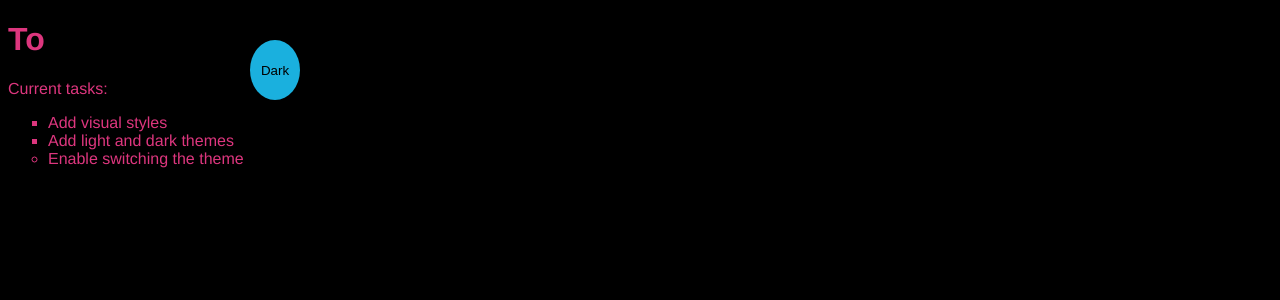
Repository: MaggieMengXingchen/Class-4
Page: index.html
An editor plug-in stored every save of this project. The page is shown before and after the next save, followed by the edit.
The browser window is 1280 px wide. The pictures show the whole page.

Above is the page before, as saved 2024-02-20 15:16:16.

### index.html
<!DOCTYPE html> <!-- 定义文档类型，告诉浏览器这是一个HTML5文档 -->
<html lang="en"> <!-- 根元素，定义了整个HTML文档，lang属性指定文档的主要语言为英语 -->
<head>
    <meta charset="UTF-8"> <!-- 定义字符编码为UTF-8，支持大多数语言的字符 -->
    <meta name="viewport" content="width=device-width, initial-scale=1.0"> <!-- 视口设置，确保网页在不同设备上正确显示，实现响应式设计 -->
    <title>Document</title> <!-- 定义网页标题 -->
    <Link rel="stylesheet" href="main.css"> <!-- 链接外部CSS文件，用于定义网页的样式 -->
        <noscript>You need to enable JavaScript to view the full site.</noscript> <!-- 如果浏览器禁用了JavaScript，显示这段文本 -->
</head>
<body class="dark-theme"><!-- 使用class属性应用暗色主题的样式，通过改变class值可以切换主题 -->
    <h1>To</h1> <!-- 页面的主标题 -->
    <p id="msg">Current tasks:</p> <!-- 段落标签，定义了一个文本区域 -->
    <ul> <!-- 定义一个无序列表 -->
        <li class="list">Add visual styles</li> <!-- 列表项，应用了class="list"的样式，显示为方形项目符号 -->
        <li class="list">Add light and dark themes</li> <!-- 同上 -->
        <li>Enable switching the theme</li> <!-- 无特殊样式的列表项，默认圆形项目符号 -->
    </ul>
    <div>
        <button class="btn">Dark</button> <!-- 定义一个按钮，应用了.btn样式 -->
    </div>
    <script src="app.js"></script> <!-- 引入外部JavaScript文件，用于添加交互功能 -->
</body>

<script>alert('Hello World')</script> <!-- 内嵌JavaScript代码，加载网页时弹出"Hello World"警告框 -->
</html>

### main.css
:root {
    --green: #dd367e; /* 定义绿色变量，颜色代码为#00FF00 */
    --white: #1ab0de; /* 定义白色变量，颜色代码为#FFFFFF */
    --black: #000000; /* 定义黑色变量，颜色代码为#000000 */
}
body {
    background-color: var(--bg); /* 设置body背景颜色，使用变量--bg */
    color: var(--fontColor); /* 设置body文字颜色，使用变量--fontColor */
    font-family: Helvetica; /* 设置body字体为Helvetica */
}
/*将所有无序列表（<ul>标签）的字体设置为Helvetica字体*/
li {
    list-style: circle; /* 设置列表项前的符号为圆圈 */
}
.list {
    list-style: square; /* 设置class为list的列表项前的符号为正方形 */
}
.btn {
    position: absolute; /* 设置按钮位置为绝对定位 */
    top: 40px; /* 设置按钮距离顶部20像素 */
    left: 250px; /* 设置按钮距离左边250像素 */
    height: 60px; /* 设置按钮高度为50像素 */
    width: 50px; /* 设置按钮宽度为50像素 */
    border-radius: 50%; /* 设置按钮边角为圆形 */
    border: none; /* 设置按钮无边框 */
    color: var(--btnFontColor); /* 设置按钮文字颜色，使用变量--btnFontColor */
    background-color: var(--btnBg); /* 设置按钮背景颜色，使用变量--btnBg */
}
.light-theme {
    --bg: var(--green); /* 浅色主题下，设置背景颜色为绿色 */
    --fontColor: var(--black); /* 浅色主题下，设置文字颜色为黑色 */
    --btnBg: var(--black); /* 浅色主题下，设置按钮背景颜色为黑色 */
    --btnFontColor: var(--white); /* 浅色主题下，设置按钮文字颜色为白色 */
}
.dark-theme {
    --bg: var(--black); /* 深色主题下，设置背景颜色为黑色 */
    --fontColor: var(--green); /* 深色主题下，设置文字颜色为绿色 */
    --btnBg: var(--white); /* 深色主题下，设置按钮背景颜色为白色 */
    --btnFontColor: var(--black); /* 深色主题下，设置按钮文字颜色为黑色 */
}

### app.js
const switcher = document.querySelector('.btn'); // 选取页面中class为'.btn'的元素，通常是一个按钮，并赋值给变量switcher。

switcher.addEventListener('click', function() { // 为switcher元素添加一个点击事件监听器。
    document.body.classList.toggle('light-theme'); // 切换<body>元素的class，如果有'light-theme'则移除，没有则添加。
    document.body.classList.toggle('dark-theme'); // 同上，但是对'dark-theme'类进行操作。

    const className = document.body.className; // 获取<body>元素当前的className并赋值给变量className。
    if(className == "light-theme") { // 如果当前className是"light-theme"，则执行以下操作：
        this.textContent = "Dark"; // 将按钮的文本内容设置为"Dark"。
    } else { // 如果当前className不是"light-theme"，即暗色主题，则执行以下操作：
        this.textContent = "Light"; // 将按钮的文本内容设置为"Light"。
    }
});

After the next save:
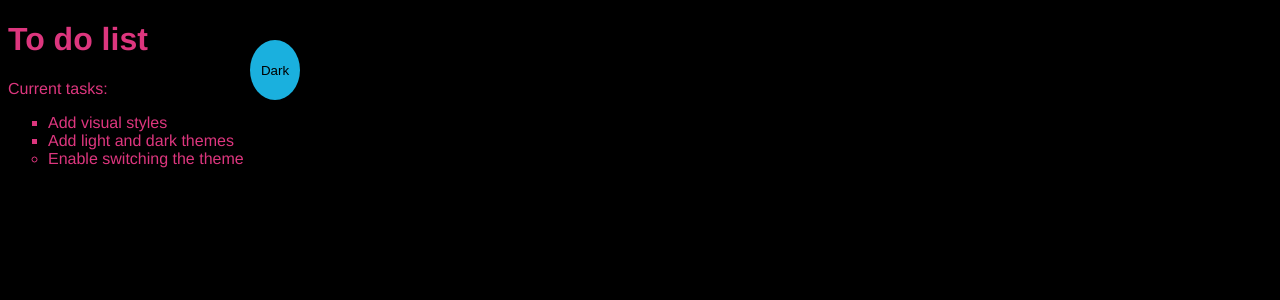
Saved 4 s later.
--- a/index.html
+++ b/index.html
@@ -8,7 +8,7 @@
         <noscript>You need to enable JavaScript to view the full site.</noscript> <!-- 如果浏览器禁用了JavaScript，显示这段文本 -->
 </head>
 <body class="dark-theme"><!-- 使用class属性应用暗色主题的样式，通过改变class值可以切换主题 -->
-    <h1>To</h1> <!-- 页面的主标题 -->
+    <h1>To do list</h1> <!-- 页面的主标题 -->
     <p id="msg">Current tasks:</p> <!-- 段落标签，定义了一个文本区域 -->
     <ul> <!-- 定义一个无序列表 -->
         <li class="list">Add visual styles</li> <!-- 列表项，应用了class="list"的样式，显示为方形项目符号 -->
